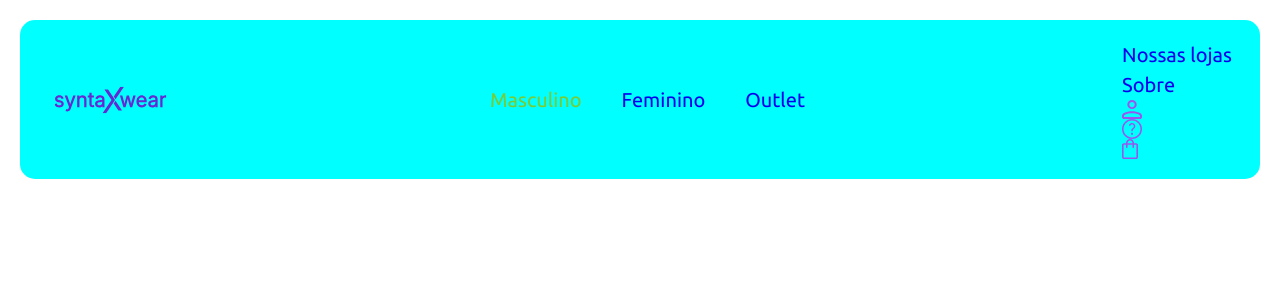
Repository: caique2512/ecommerce-syntaxwear
Page: index.html
These files come from the project's save history. The page is drawn as it stood at one moment and after the next save; the edit follows.
The browser window is 1280 px wide. The pictures show the whole page.
The pointer rests on the first visible `.nav-center a`.

Above is the page before, as saved 2026-02-19 23:21:04.

### index.html
<!doctype html>
<html lang="pt-BR">
  <head>
    <meta charset="UTF-8" />
    <meta name="viewport" content="width=device-width, initial-scale=1.0" />
    <meta name="description" content="SyntaxWear - Loja de tênis online" />
    <title>SyntaxWear - Tênis e Sneakers Online</title>
    <link rel="stylesheet" href="./css/base/reset.css" />
    <link rel="stylesheet" href="./css/base/style.css" />
    <link rel="stylesheet" href="./css/base/variables.css" />

    <link rel="stylesheet" href="./css/components/header.css">
  </head>
  <body>
    <!-- Header com Logo e Navegação -->
    <header class="header">
      <h1 class="logo">
        <a href="/" title="SyntaxWear - Tênis e Sneakers Online">
          <img
            src="./images/logo/logo.svg"
            alt="SyntaxWear - Tênis e Sneakers Online"
          />
        </a>
      </h1>
      <nav class="nav-center" aria-label="Categorias Principais">
        <ul>
          <li><a href="#">Masculino</a></li>
          <li><a href="#">Feminino</a></li>
          <li><a href="#">Outlet</a></li>
        </ul>
      </nav>

      <nav class="nav-right" aria-label="Menu Secundário">
        <ul>
          <li><a href="#">Nossas lojas</a></li>
          <li><a href="#">Sobre</a></li>
          <li>
            <a href="#" aria-label="Minha conta">
              <img src="./images/icons/user.svg" alt="Minha conta" />
            </a>
          </li>
          <li>
            <a href="#" aria-label="Ajuda">
              <img src="./images/icons/help.svg" alt="Ajuda" />
            </a>
          </li>
          <li>
            <a href="#" aria-label="Carrinho">
              <img src="./images/icons/bag.svg" alt="Carrinho" />
            </a>
          </li>
        </ul>
      </nav>
    </header>
    <main>
      <section class="hero"></section>
      <!-- Seção de Categorias de Tênis -->
      <section class="categories"></section>
      <!-- Seção de Produtos em Destaque -->
      <section class="featured-products"></section>
    </main>

    <!-- Footer -->
    <footer class="footer"></footer>

    <script src="js/main.js"></script>
  </body>
</html>

### css/base/reset.css
/* Reset baseado em Andy Bell - Modern CSS Reset */

/* Remove default margins e paddings */
*,
*::before,
*::after {
    margin: 0;
    padding: 0;
    box-sizing: border-box;
}

/* Remove default list styles */
ul[role="list"],
ol[role="list"] {
    list-style: none;
}

/* Body defaults */
body {
    min-height: 100vh;
    text-rendering: optimizeSpeed;
    line-height: 1.5;
}

/* Make images easier to work with */
img,
picture {
    max-width: 100%;
    display: block;
}

/* Inherit fonts for inputs and buttons */
input,
button,
textarea,
select {
    font: inherit;
}

/* Remove animations for people that prefer not to see them */
@media (prefers-reduced-motion: reduce) {
    *,
    *::before,
    *::after {
        animation-duration: 0.01ms !important;
        animation-iteration-count: 1 !important;
        transition-duration: 0.01ms !important;
        scroll-behavior: auto !important;
    }
}

/* A elements that don't have a class get default styles */
a:not([class]) {
    text-decoration-skip-ink: auto;
}

a {
    text-decoration: none;
}

ul,ol{
    list-style: none;
}
/* Remove all animations, transitions and smooth scroll for people that prefer not to see them */
@media (prefers-reduced-motion: reduce) {
    html:focus-within {
        scroll-behavior: auto;
    }

    *,
    *::before,
    *::after {
        animation-duration: 0.01ms !important;
        animation-iteration-count: 1 !important;
        transition-duration: 0.01ms !important;
    }
}

### css/base/style.css
body {
    font-family: var(--fonte-principal);
    color: #333333;

}

### css/base/variables.css
@import url('https://fonts.googleapis.com/css2?family=Ubuntu:ital,wght@0,300;0,400;0,500;0,700;1,300;1,400;1,500;1,700&display=swap');

:root {
    --fonte-principal: 'Ubuntu', sans-serif;
}

### css/components/header.css
.header {
    background-color: aqua;
    position: fixed;
    top: 20px;
    left: 50%;
    transform: translate(-50%);
    width: calc(100% - 40px);
    border-radius: 15px;
    z-index: 999;
    display: flex;
    justify-content: space-between;
    align-items: center;
    padding: 20px 28px;
}

.logo img {
    height: 40px;
}

.nav-center ul {
    display: flex;
    gap: 2.5rem;
}

.nav-center a, .nav-right {
    font-size: 1.25rem;
}

.nav-center a:hover, .nav-right:hover {
    color: #7c3;
}

### js/main.js
/* ===================================
   MAIN.JS - Inicializações globais
   =================================== */

console.log('SyntaxWear - E-commerce carregado com sucesso');

// Suas inicializações globais aqui
// Exemplo: inicializar menu, carrinho, etc.

After the next save:
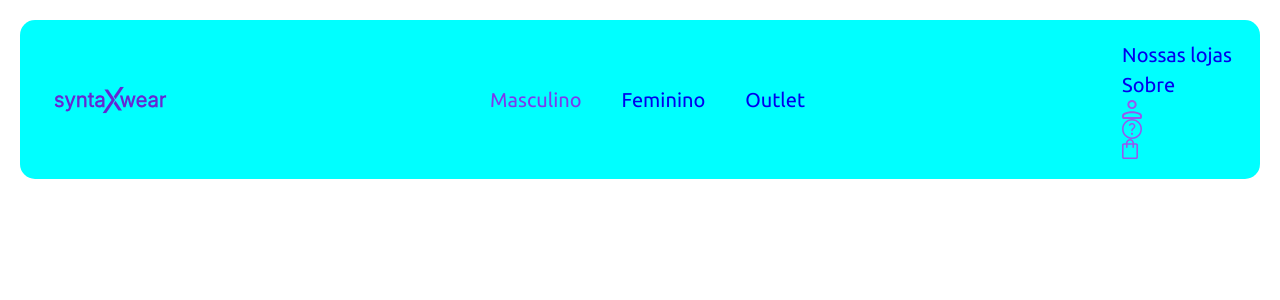
Saved 8 s later.
--- a/css/components/header.css
+++ b/css/components/header.css
@@ -27,5 +27,5 @@
 }
 
 .nav-center a:hover, .nav-right:hover {
-    color: #7c3;
+    color: #7c3aed;
 }
